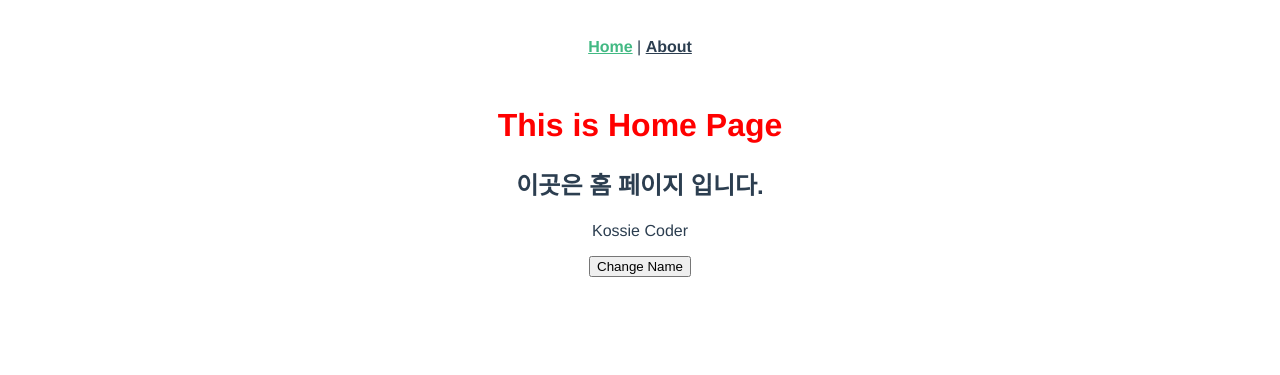
Repository: RyuGeunHwan/code_J
Page: / (app in vue-props/)
These files come from the project's save history. The page is drawn as it stood at one moment and after the next save; the edit follows.
The browser window is 1280 px wide. The pictures show the whole page.
The project was rebuilt for these pictures with package versions that can differ from the ones it lists, and the page was loaded fresh each time.

Above is the page before, as saved 2022-08-12 08:40:17.

After the next save:
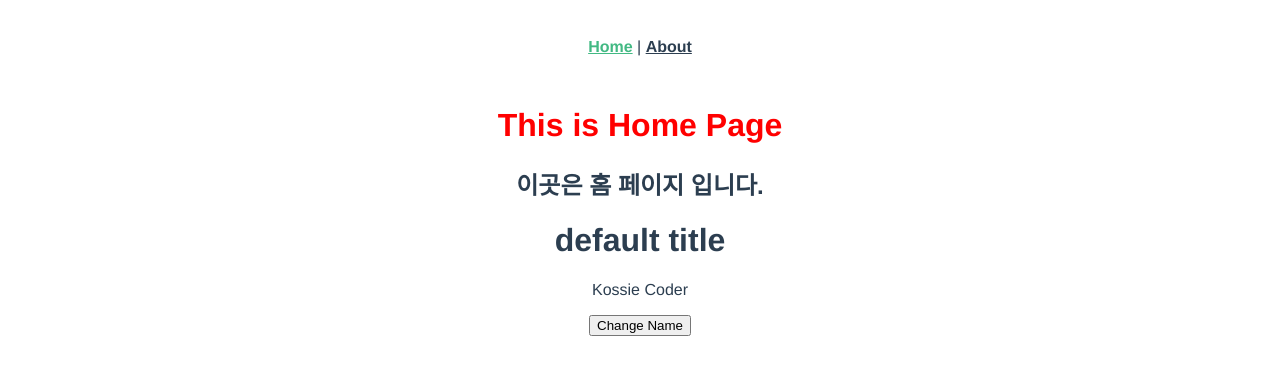
Saved 101 s later.
--- a/vue-props/src/components/KossieCoder.vue
+++ b/vue-props/src/components/KossieCoder.vue
@@ -11,8 +11,9 @@ export default {
     props: {
         title: {
             type : String,
-            required : false
+            required : false ,
             //required = 무조건 항상 보내줘야한다는것
+            default: 'default title'
         }
     },
     data(){
